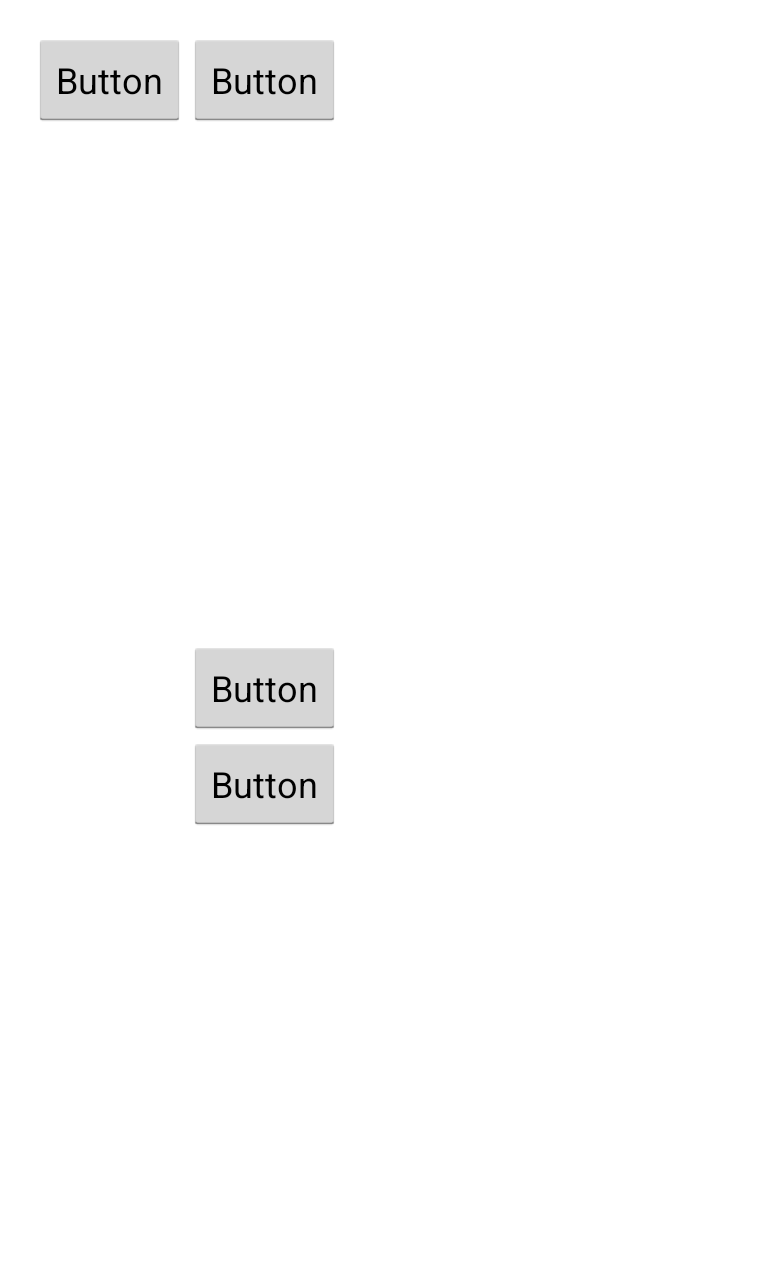
Repository: HGtz2222/LearningAndroid
Layout: test1/test1/res/layout/activity_main.xml
An editor plug-in stored every save of this project. The layout is shown before and after the next save, followed by the edit.
It is drawn on a 768 x 1280 px phone screen (xhdpi) without system bars, with theme AppTheme; the app's code is not run.

Above is the layout before, as saved 2014-09-09 10:22:14.

### test1/test1/res/layout/activity_main.xml
<RelativeLayout xmlns:android="http://schemas.android.com/apk/res/android"
    xmlns:tools="http://schemas.android.com/tools"
    android:layout_width="match_parent"
    android:layout_height="match_parent"
    android:paddingBottom="@dimen/activity_vertical_margin"
    android:paddingLeft="@dimen/activity_horizontal_margin"
    android:paddingRight="@dimen/activity_horizontal_margin"
    android:paddingTop="@dimen/activity_vertical_margin"
    tools:context=".MainActivity" >

    <GridLayout
        android:id="@+id/gridLayout1"
        android:layout_width="match_parent"
        android:layout_height="match_parent"
        android:layout_centerHorizontal="true"
        android:layout_centerVertical="true"
        >

        <Space />

        <Button
            android:id="@+id/button1"
            android:layout_gravity="left"
            android:text="Button" />

        <Button
            android:id="@+id/button2"
            android:layout_width="wrap_content"
            android:layout_height="wrap_content"
            android:layout_gravity="left"
            android:text="Button" />

        <Button
            android:id="@+id/button3"
            android:layout_column="0"
            android:layout_gravity="left|top"
            android:layout_row="0"
            android:text="Button" />

        <LinearLayout
            android:layout_width="match_parent"
            android:layout_height="match_parent"
            android:layout_column="1"
            android:layout_gravity="left|top"
            android:layout_row="1"
            android:gravity="center_horizontal|center_vertical|fill_horizontal"
            android:orientation="vertical" >

            <Button
                android:id="@+id/button4"
                android:layout_width="wrap_content"
                android:layout_height="wrap_content"
                android:text="Button" />

            <Button
                android:id="@+id/button5"
                android:layout_width="wrap_content"
                android:layout_height="wrap_content"
                android:text="Button" />
        </LinearLayout>

    </GridLayout>

</RelativeLayout>

Loaded but not shown: test1/test1/res/values/styles.xml (common file); test1/test1/res/values-v11/styles.xml (common file); test1/test1/res/values-v14/styles.xml (common file); test1/test1/res/values/dimens.xml (common file)

After the next save:
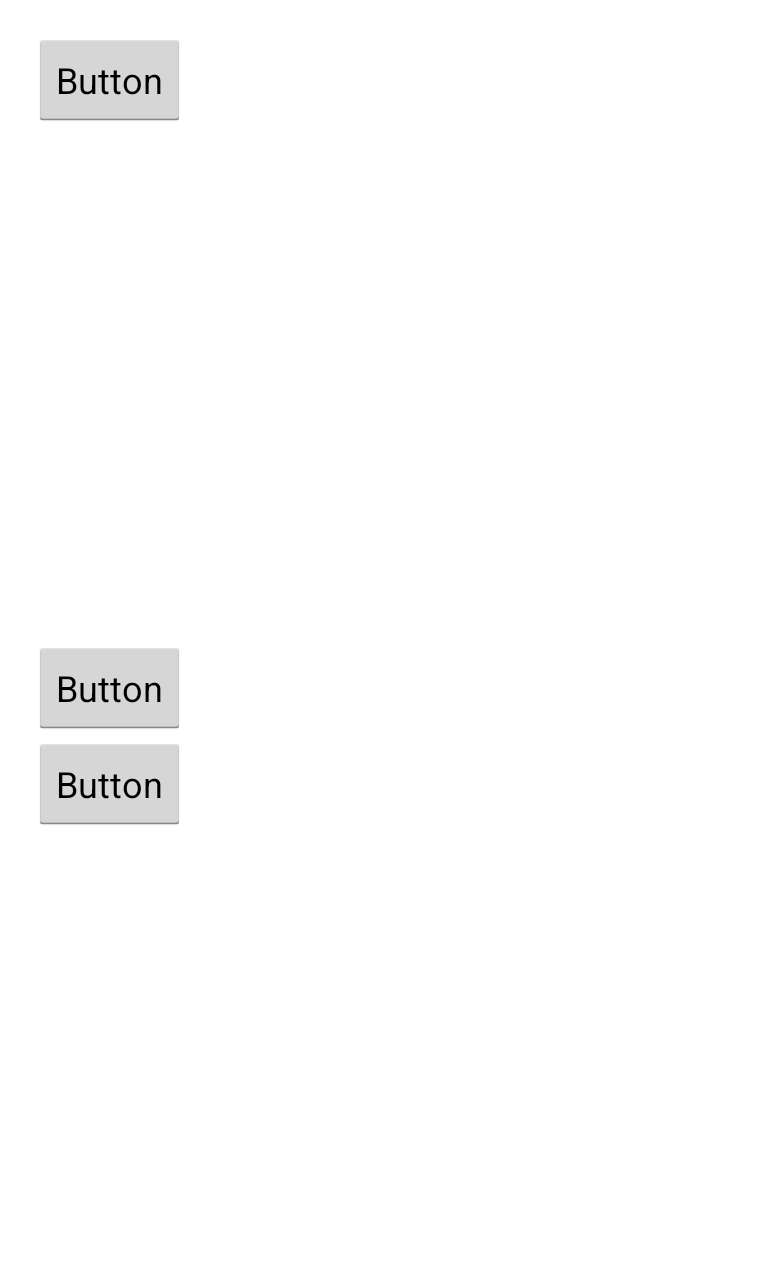
Saved 15 s later.
--- a/test1/test1/res/layout/activity_main.xml
+++ b/test1/test1/res/layout/activity_main.xml
@@ -30,12 +30,6 @@
             android:layout_gravity="left"
             android:text="Button" />
 
-        <Button
-            android:id="@+id/button3"
-            android:layout_column="0"
-            android:layout_gravity="left|top"
-            android:layout_row="0"
-            android:text="Button" />
 
         <LinearLayout
             android:layout_width="match_parent"

After the save that followed:
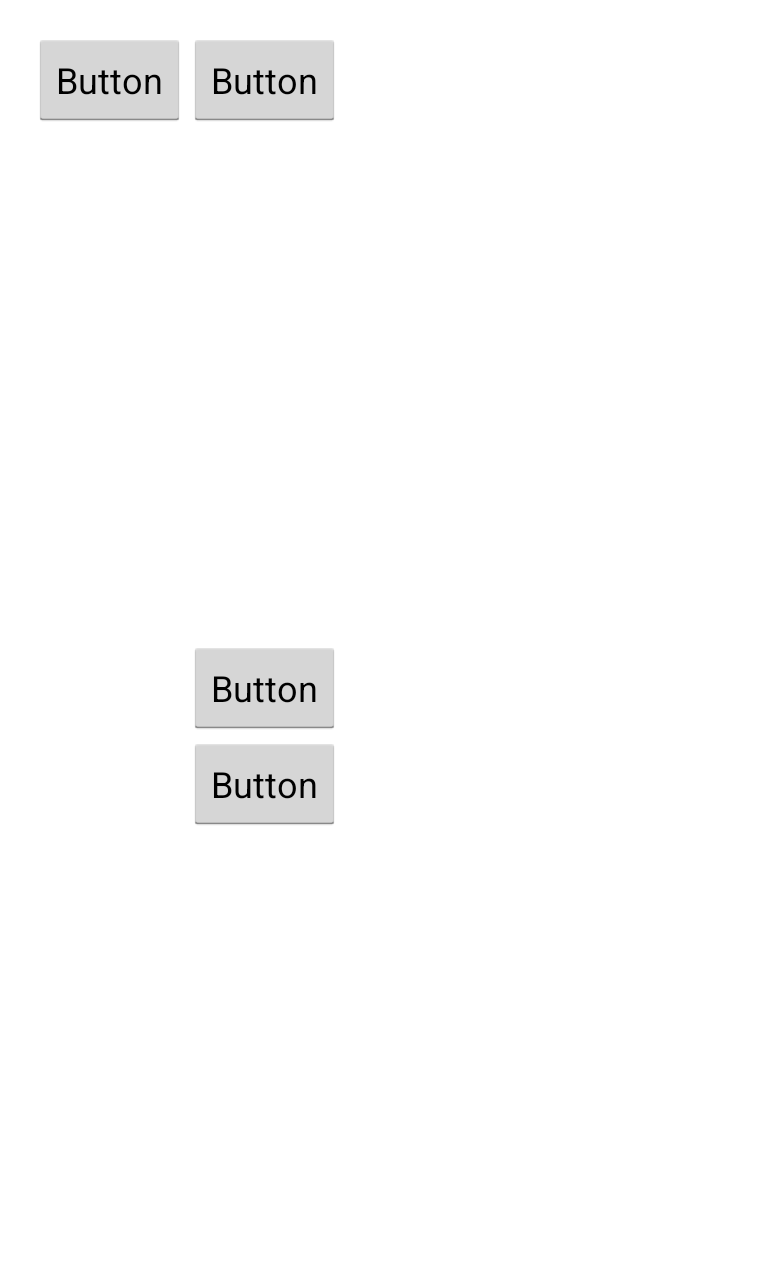
Saved 22 s later.
--- a/test1/test1/res/layout/activity_main.xml
+++ b/test1/test1/res/layout/activity_main.xml
@@ -15,8 +15,6 @@
         android:layout_centerHorizontal="true"
         android:layout_centerVertical="true"
         >
-
-        <Space />
 
         <Button
             android:id="@+id/button1"
